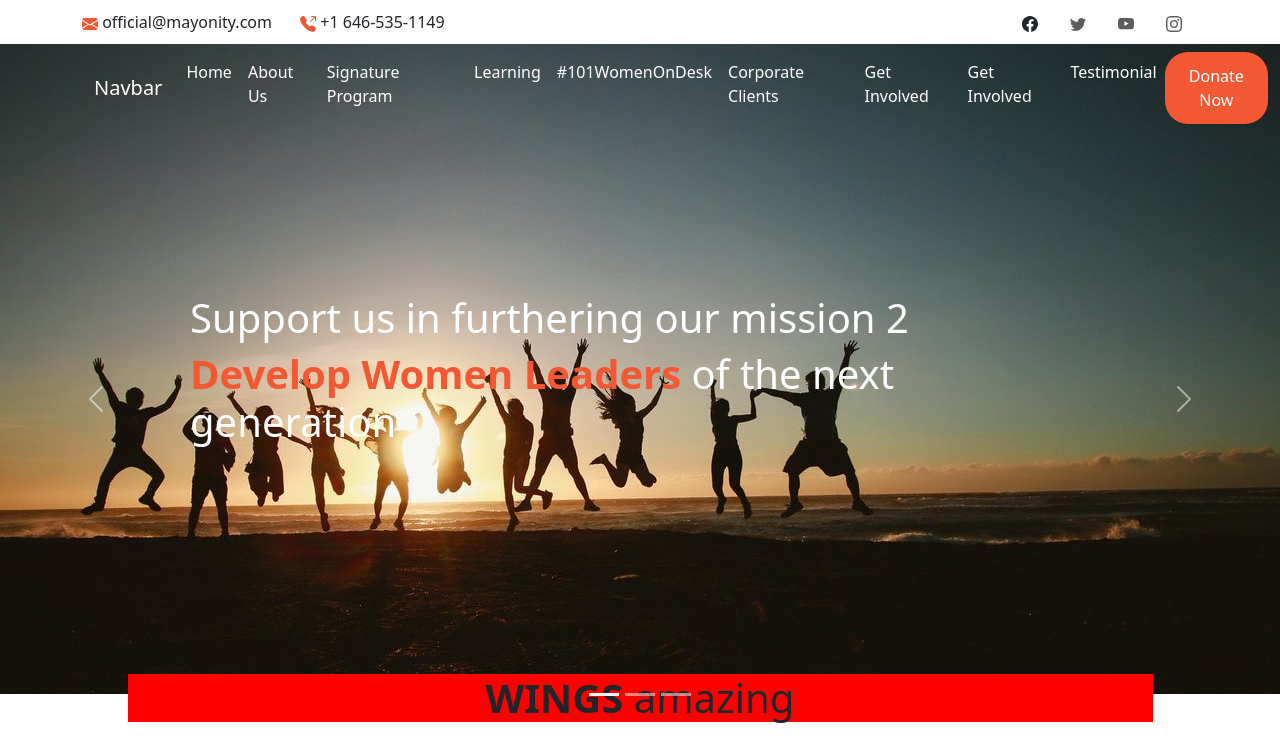
Repository: rizwan-zafar/wings
Page: /
An editor plug-in stored every save of this project. The page is shown before and after the next save, followed by the edit.
The browser window is 1280 px wide. The pictures show the whole page.
The project was rebuilt for these pictures with package versions that can differ from the ones it lists, and the page was loaded fresh each time.

Above is the page before, as saved 2022-11-27 18:09:44.

### public/index.html
<!DOCTYPE html>
<html lang="en">
  <head>
    <meta charset="utf-8" />
    <link rel="icon" href="%PUBLIC_URL%/favicon.ico" />
    <meta name="viewport" content="width=device-width, initial-scale=1" />
    <meta name="theme-color" content="#000000" />
    <meta
      name="description"
      content="Web site created using create-react-app"
    />
    <link rel="apple-touch-icon" href="%PUBLIC_URL%/logo192.png" />
    <!--
      manifest.json provides metadata used when your web app is installed on a
      user's mobile device or desktop. See https://developers.google.com/web/fundamentals/web-app-manifest/
    -->
    <link rel="manifest" href="%PUBLIC_URL%/manifest.json" />
    <!--
      Notice the use of %PUBLIC_URL% in the tags above.
      It will be replaced with the URL of the `public` folder during the build.
      Only files inside the `public` folder can be referenced from the HTML.

      Unlike "/favicon.ico" or "favicon.ico", "%PUBLIC_URL%/favicon.ico" will
      work correctly both with client-side routing and a non-root public URL.
      Learn how to configure a non-root public URL by running `npm run build`.
    -->
    <title>Wings</title>
  </head>
  <body>
    <noscript>You need to enable JavaScript to run this app.</noscript>
    <div id="root"></div>
    <!--
      This HTML file is a template.
      If you open it directly in the browser, you will see an empty page.

      You can add webfonts, meta tags, or analytics to this file.
      The build step will place the bundled scripts into the <body> tag.

      To begin the development, run `npm start` or `yarn start`.
      To create a production bundle, use `npm run build` or `yarn build`.
    -->
  </body>
</html>

### src/index.js
import React from 'react';
import ReactDOM from 'react-dom/client';
import './index.css';
import App from './App';
import "../node_modules/bootstrap/dist/css/bootstrap.min.css"
import "../node_modules/bootstrap/dist/js/bootstrap.min.js"

const root = ReactDOM.createRoot(document.getElementById('root'));
root.render(
     <App />
 );

// If you want to start measuring performance in your app, pass a function
// to log results (for example: reportWebVitals(console.log))
// or send to an analytics endpoint. Learn more: https://bit.ly/CRA-vitals

### src/index.css
html {
  margin: 0;
  padding: 0;
  font-family: -apple-system, BlinkMacSystemFont, 'Segoe UI', 'Roboto', 'Oxygen',
    'Ubuntu', 'Cantarell', 'Fira Sans', 'Droid Sans', 'Helvetica Neue',
    sans-serif;
  -webkit-font-smoothing: antialiased;
  -moz-osx-font-smoothing: grayscale;
}
.icons{
  color:#f15833 ;
}
.social-icons{
  color:#000000a3
}

### src/App.js
import Home from "./Pages/Home"
function App() {
  return (

    <>
      <Home />
    </>

  );
}

export default App;

### src/Pages/Home.js
import React from 'react'
import TopNavbar from "../Components/Topnavbar"
// import Navbar from "../Components/Navbar"
import Slider from "../Components/Slider"
export default function Home() {
    return (
        <div>
            <TopNavbar />
            {/* <Navbar /> */}
            <Slider />
        </div>
    )
}

### src/Components/Topnavbar.js
import React from 'react'
import "../Css/Topnav.css"
import { EnvelopeFill, TelephoneOutboundFill, Twitter, Youtube, Instagram, Facebook } from "react-bootstrap-icons"
export default function Topnavbar() {
    return (
        <div className="top-bar container d-flex justify-content-between">
            <div>
                <span> <EnvelopeFill className="icons" /> official@mayonity.com</span>
                <span className="set-padding p-4"> <TelephoneOutboundFill className="icons ml-3" /> +1 646-535-1149</span>
            </div>
            <div>
                <span className="p-3 social-icons-"><Facebook /></span>
                <span className="p-3 social-icons"><Twitter /></span>
                <span className="p-3 social-icons"><Youtube /></span>
                <span className="p-3 social-icons"><Instagram /></span>
            </div>
        </div>
    )
}

### src/Components/Slider.js
import React from 'react'
import "../Css/Slider.css"
import Navbar from "../Components/Navbar"
export default function Slider() {
    return (
        <>
            <div className="set-slider">
                <Navbar />
                <div id="carouselExampleCaptions" className=" carousel slide" data-bs-ride="false">
                    <div className="carousel-indicators">
                        <button type="button" data-bs-target="#carouselExampleCaptions" data-bs-slide-to="0" className="active" aria-current="true" aria-label="Slide 1"></button>
                        <button type="button" data-bs-target="#carouselExampleCaptions" data-bs-slide-to="1" aria-label="Slide 2"></button>
                        <button type="button" data-bs-target="#carouselExampleCaptions" data-bs-slide-to="2" aria-label="Slide 3"></button>
                    </div>
                    <div className="carousel-inner container">
                        <div className="carousel-item active">
                            <div>
                                <h1>Support us in furthering our mission 2</h1>
                                <h1><strong>Develop Women Leaders</strong> of the next generation</h1>
                            </div>
                        </div>
                        <div className="carousel-item">
                            <div>
                                <h1>Support us in furthering our mission 3</h1>
                                <h1><strong>Develop Women Leaders</strong> of the next generation</h1>
                            </div>
                        </div>
                        <div className="carousel-item">
                            <div>
                                <h1>Support us in furthering our mission</h1>
                                <h1><strong>Develop Women Leaders</strong> of the next generation</h1>
                            </div>
                        </div>

                    </div>
                    <div className="sliders-btn">
                        <button className="carousel-control-prev" type="button" data-bs-target="#carouselExampleCaptions" data-bs-slide="prev">
                            <span className="carousel-control-prev-icon" aria-hidden="true"></span>
                            <span className="visually-hidden">Previous</span>
                        </button>
                        <button className="carousel-control-next" type="button" data-bs-target="#carouselExampleCaptions" data-bs-slide="next">
                            <span className="carousel-control-next-icon" aria-hidden="true"></span>
                            <span className="visually-hidden">Next</span>
                        </button>
                    </div>
                </div>
            </div>

            <div className="container text-center slider-footer">
                <div className="container">
                    <h1><strong>WINGS</strong> amazing</h1>
                </div>
            </div>
        </>
    )
}

### src/Css/Topnav.css
.top-bar{
background-color: #fff;
padding: 10px;
}
.nav-container .navbar
{
    position: fixed;
    width: -webkit-fill-available;
    z-index: 3;
}
.nav-container .btn
{
    background: #f15833;
    border-radius: 23px;
    color: white;
    padding: 11px;
    font-weight: 500;
}
 .nav-container nav ul li a
{
    color:  white;
}

### src/Css/Slider.css
.set-slider {
    background-image: url("/public/Images/header.jpg");
    background-size: cover;
    background-repeat: no-repeat;
    height: 650px;
}

.set-slider .carousel-indicators {
    top: 90%
}

.set-slider .carousel-inner {
    width: 80%;
}

.set-slider .carousel-inner .carousel-item>div {

    padding: 50px;
    padding-top: 250px;
}

.set-slider .carousel-inner h1 {

    font-weight: 400;
    color: #fff;
}

.set-slider .carousel-inner h1 strong {
    color: #f15833
}

.set-slider .sliders-btn {
    padding-top: 250px;
}

.slider-footer>div {
    background: red;
    max-width: 1025px;
    margin-top: -20px;
}



@media (min-width: 1254px) {
    .navbar-expanding {
        flex-wrap: nowrap;
        justify-content: flex-start;
        background:red;
    }
}

@media (max-width: 991px) {

    .set-slider .carousel-item h1 {
        font-size: 35px;
    }

    .set-slider .carousel-inner .carousel-item>div {
        padding: 20px;
        padding-top: 150px;
    }

    .set-slider .sliders-btn {
        padding-top: 70px;
    }
}

@media (max-width: 602px) {
    .set-slider {
        height: 450px;
    }

    .set-slider .carousel-inner {
        margin-top: 16px;
    }

    .set-slider .carousel-item h1 {
        font-size: 30px;
    }

    .set-slider .carousel-inner .carousel-item>div {
        padding: 20px;
        padding-top: 120px;
    }

    .set-slider .sliders-btn {
        padding-top: 70px;
    }
}

### src/Components/Navbar.js
import React from 'react'

export default function Navbar() {
  return (
    <div className="nav-container container">
      <nav className="navbar navbar-expand-xl navbar-dark">
        <div className="container-fluid">
          <a className="navbar-brand" href="/">Navbar</a>
          <button className="navbar-toggler" type="button" data-bs-toggle="collapse" data-bs-target="#navbarNav" aria-controls="navbarNav" aria-expanded="false" aria-label="Toggle navigation">
            <span className="navbar-toggler-icon"></span>
          </button>
          <div className="collapse navbar-collapse" id="navbarNav">
            <ul className="navbar-nav ms-auto">
              <li className="nav-item">
                <a className="nav-link active" aria-current="page" href="/">Home</a>
              </li>
              <li className="nav-item">
                <a className="nav-link" href="/">About Us</a>
              </li>
              <li className="nav-item">
                <a className="nav-link" href="/">Signature Program</a>
              </li>
              <li className="nav-item">
                <a className="nav-link" href="/">Learning</a>
              </li>
              <li className="nav-item">
                <a className="nav-link" href="/">#101WomenOnDesk</a>
              </li>
              <li className="nav-item">
                <a className="nav-link" href="/">Corporate Clients</a>
              </li>
              <li className="nav-item">
                <a className="nav-link" href="/">Get Involved</a>
              </li>
              <li className="nav-item">
                <a className="nav-link" href="/">Get Involved</a>
              </li>
              <li className="nav-item">
                <a className="nav-link" href="/">Testimonial</a>
              </li>
              <li className="nav-item">
                <a className="nav-link btn " href="/">Donate Now</a>
              </li>

            </ul>
          </div>
        </div>
      </nav>
    </div>
  )
}

After the next save:
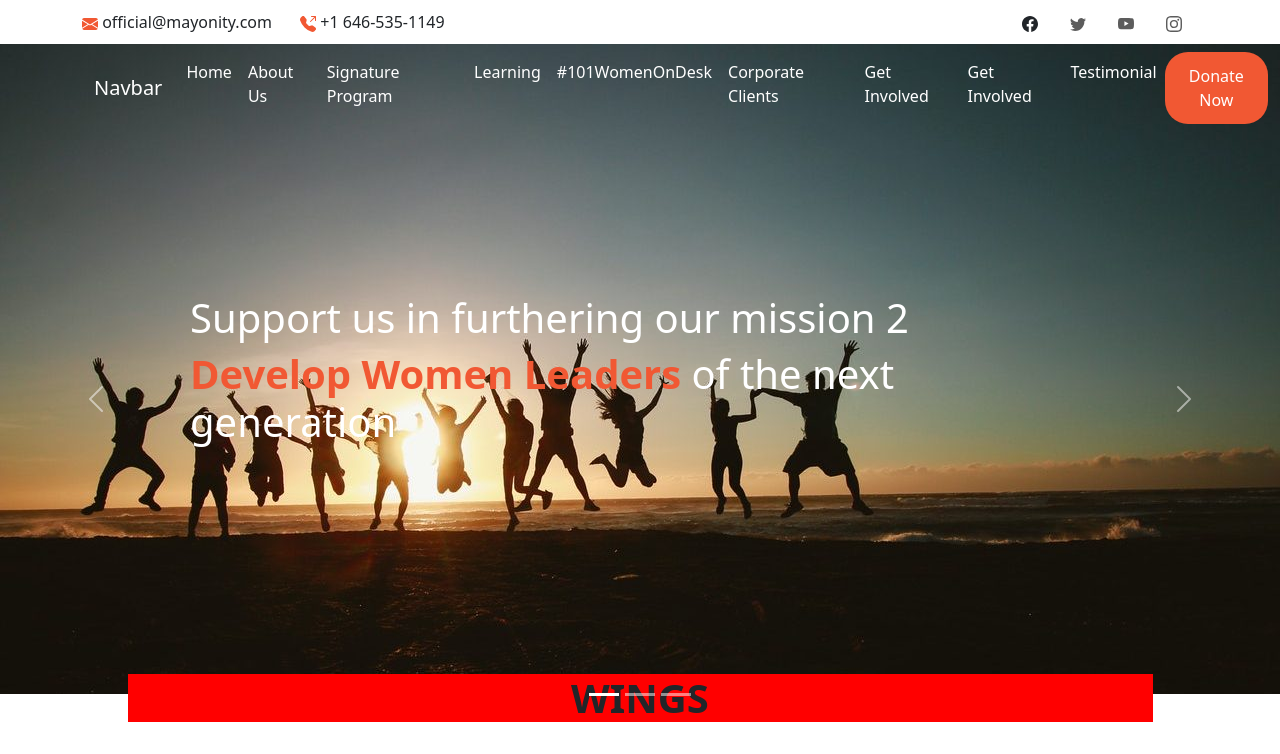
Saved 28 s later.
--- a/src/Components/Slider.js
+++ b/src/Components/Slider.js
@@ -48,7 +48,7 @@ export default function Slider() {
 
             <div className="container text-center slider-footer">
                 <div className="container">
-                    <h1><strong>WINGS</strong> amazing</h1>
+                    <h1><strong>WINGS</strong> </h1>
                 </div>
             </div>
         </>
